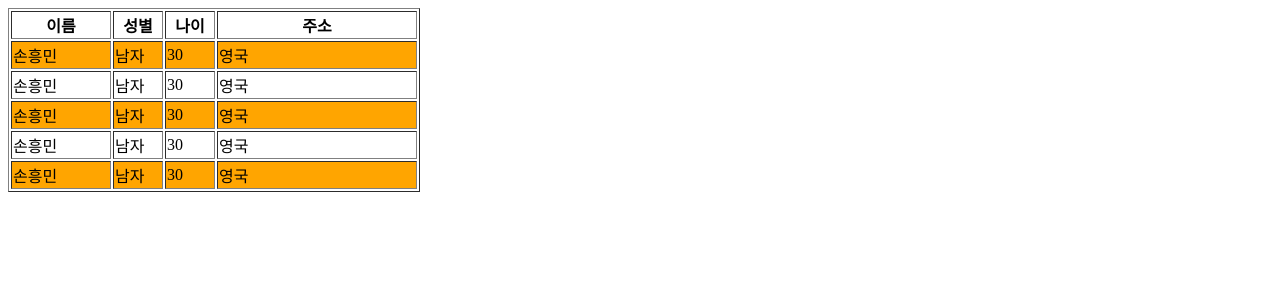
Repository: Junhee1412/front_end_practice
Page: jquery, bootstrap/js01_jquery/public/js06_selector.html
These files come from the project's save history. The page is drawn as it stood at one moment and after the next save; the edit follows.
The browser window is 1280 px wide. The pictures show the whole page.

Above is the page before, as saved 2022-11-14 05:31:23.

After the next save:
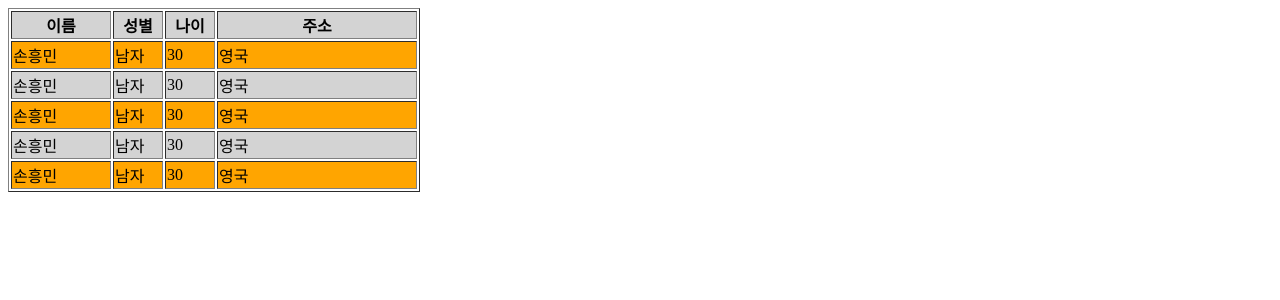
Saved 34 s later.
--- a/jquery, bootstrap/js01_jquery/public/js06_selector.html
+++ b/jquery, bootstrap/js01_jquery/public/js06_selector.html
@@ -10,6 +10,7 @@
 		//위치선택자
 		$(function() {
 			$('tr:odd').css('background', 'orange');
+			$('tr:even').css('background', 'lightgray');
 		});
 	</script>
 </head>
